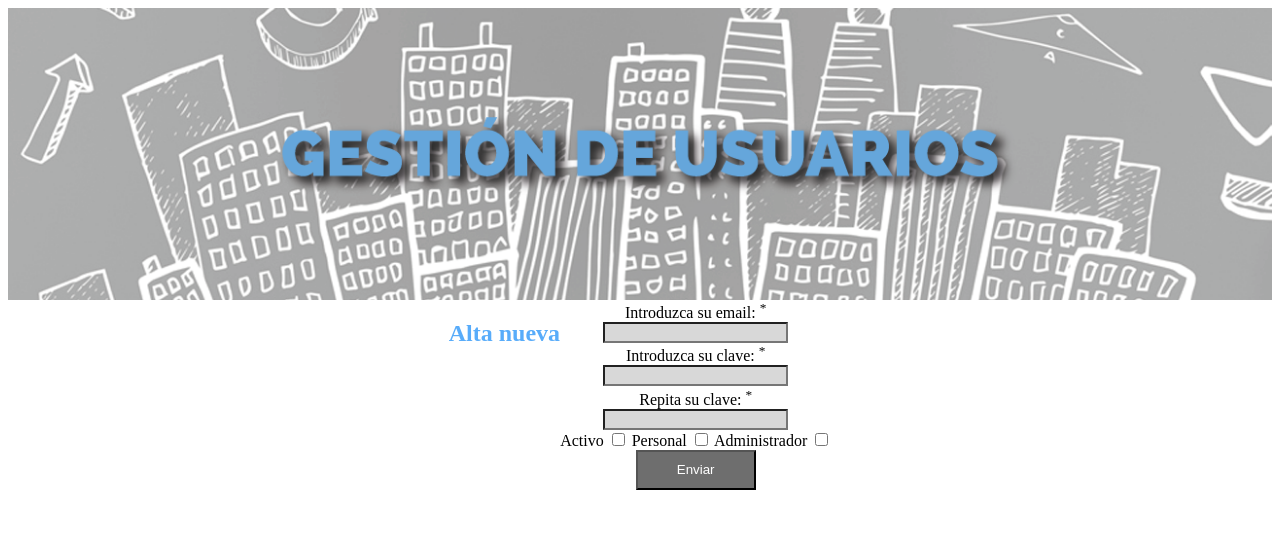
Repository: maguria/usuariosmj
Page: http://localhost/usuario/alta.php
The author's editor kept a record of every edit. The page is drawn from the files as they stood at one moment, then again after the next edit.
The browser window is 1280 px wide. The pictures show the whole page.
The page is run by PHP 8.4 with error messages shown; the project is at /var/www/html/.

Above is the page before.

After the next edit:
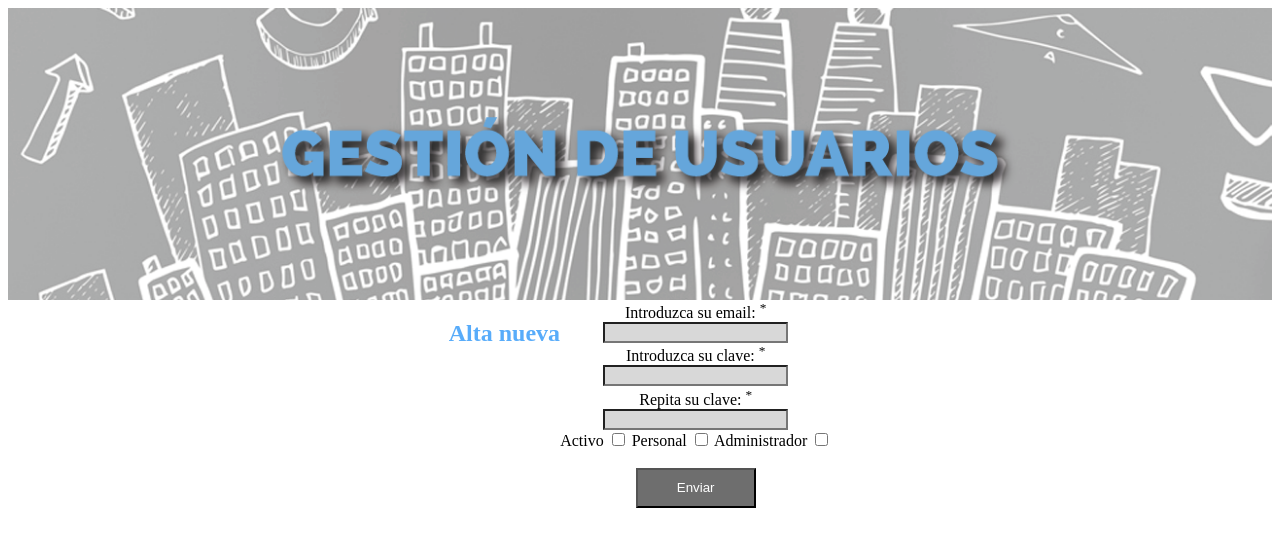
The edit:
--- a/usuario/alta.php
+++ b/usuario/alta.php
@@ -19,7 +19,7 @@
             <input type="password" name="clave2"/><br/>
             Activo <input type="checkbox" name="activo" class="check">
             Personal <input type="checkbox" name="personal" class="check">
-            Administrador  <input type="checkbox" name="admin" class="check"><br/>
+            Administrador  <input type="checkbox" name="admin" class="check"><br/><br/>
 
             <input type="submit" name="registrar" value="Enviar" class="enviar"/>
  </form>
